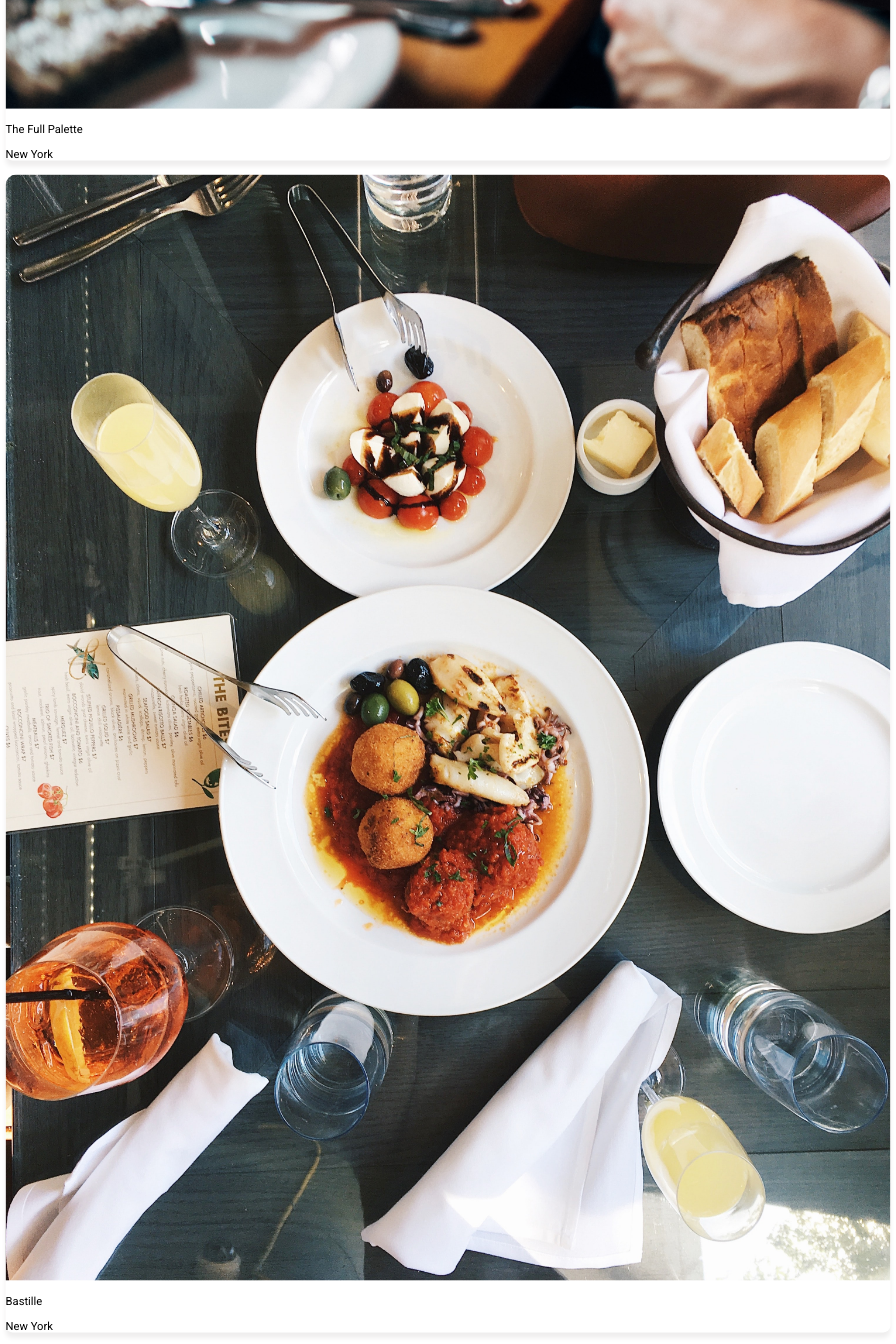
Repository: ailahin/ohmyfood
Page: Index.html
The author's editor kept a copy of each file at every save. The page is drawn from the files as they stood at one save, then again after the next save.
The browser window is 1280 px wide. The pictures show the part of the page from y = 1398 to 3318 px (the page is 5543 px tall before and 5863 px after), at 70% of full size.
Some web fonts or font styles are not loaded; a fallback is used.

Above is the page before, as saved 2023-08-12 21:35:46.

After the next save:
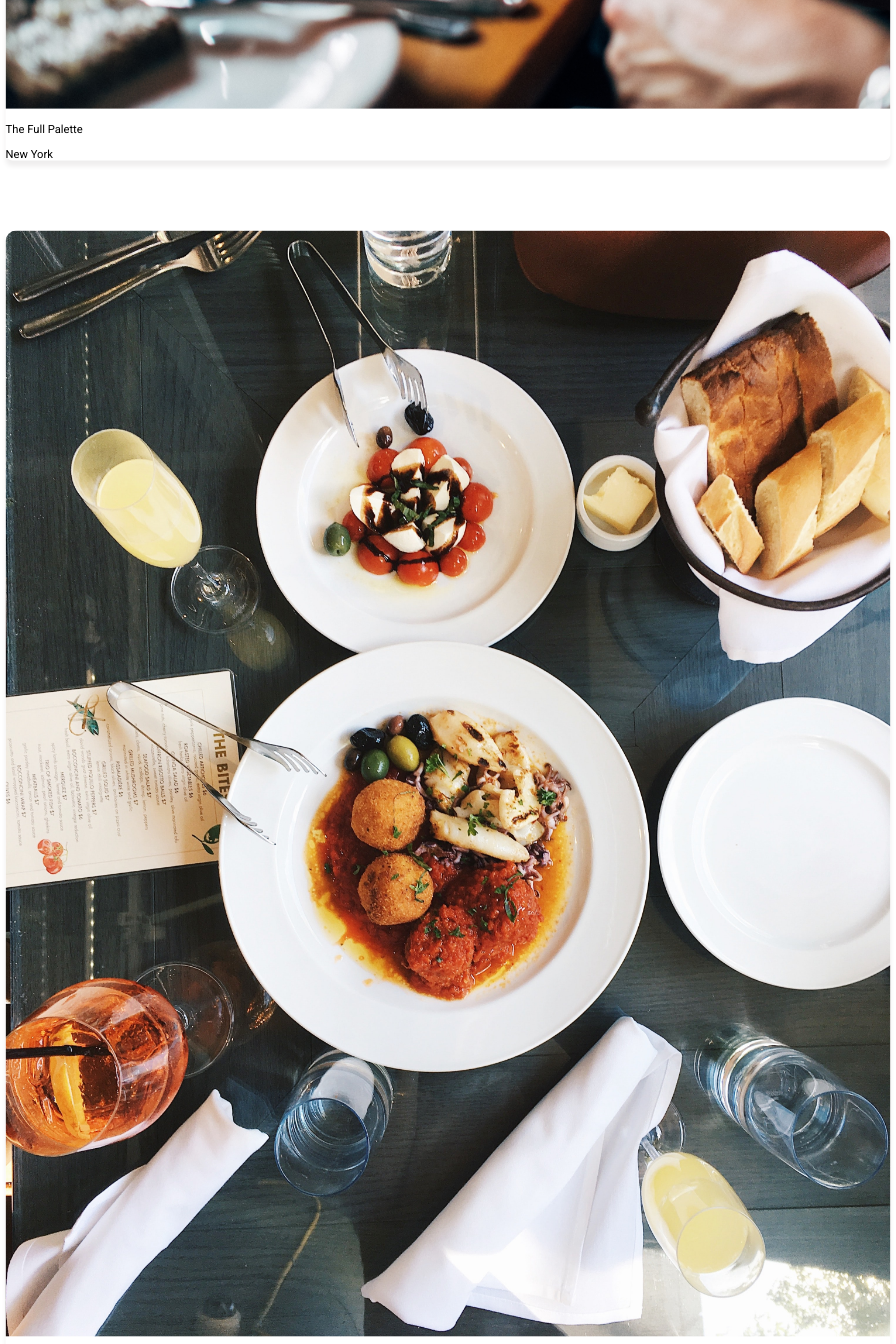
Saved 4 s later.
--- a/index.css
+++ b/index.css
@@ -93,7 +93,7 @@ nav{
     box-shadow: 0px 8px 8px 0px rgb(239, 238, 238);
     border-radius: 0px 0px 10px 10px;
     gap: 20px;
-    margin-bottom: 20px;
+    margin-bottom: 100px;
 
 }
 .image-container {
